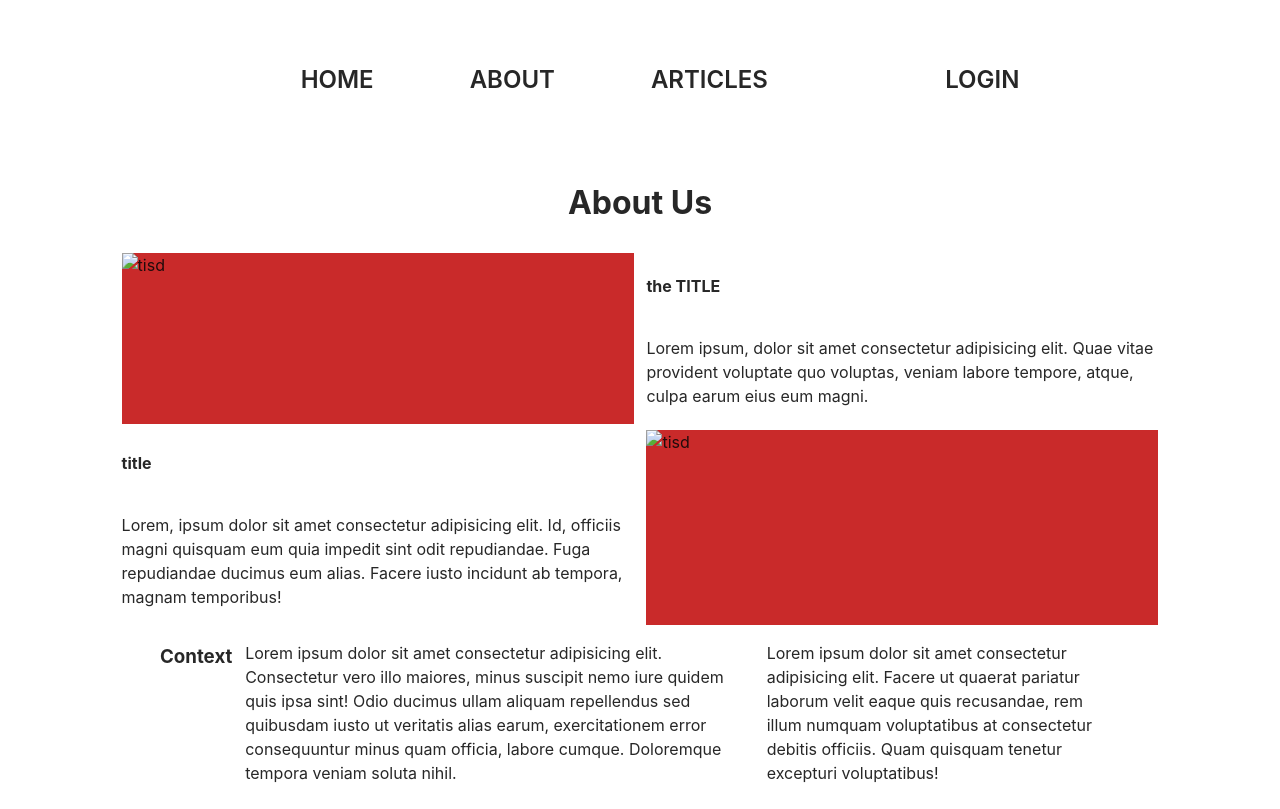
Repository: ValGrace/-static-site
Page: /about (app in client/)
The author's editor kept a copy of each file at every save. The page is drawn from the files as they stood at one save, then again after the next save.
The browser window is 1280 px wide. The pictures show the whole page.
The project was rebuilt for these pictures with package versions that can differ from the ones it lists, and the page was loaded fresh each time. Also part of the build but not shown: client/vite.config.js, client/src/Utils/appwrite.js, client/src/Components/Inputs.css, client/src/Components/Login.jsx, client/src/Components/Signup.jsx, client/src/Components/HomeSection.jsx, client/src/Components/TopSection.jsx, client/src/Pages/HomePage.jsx.

Above is the page before, as saved 2023-02-07 14:14:37.

### client/src/main.jsx
import React from 'react'
import ReactDOM from 'react-dom/client'
import App from './App'
import './index.css'
import { BrowserRouter } from 'react-router-dom'
ReactDOM.createRoot(document.getElementById('root')).render(
  <React.StrictMode>
    <BrowserRouter>
    <App />
    </BrowserRouter>
  </React.StrictMode>,
)

### client/src/App.jsx
import PageRouter from './Routing/PageRouter'
import './App.css'

function App() {


  return (
    <div className="App">
      <PageRouter />
    </div>
  )
}

export default App

### client/src/index.css
:root {
  font-family: Inter, system-ui, Avenir, Helvetica, Arial, sans-serif;
  line-height: 1.5;
  font-weight: 400;

  color-scheme: light dark;
  color: rgba(7, 7, 7, 0.87);
  background-color: #ffffff;

  font-synthesis: none;
  text-rendering: optimizeLegibility;
  -webkit-font-smoothing: antialiased;
  -moz-osx-font-smoothing: grayscale;
  -webkit-text-size-adjust: 100%;
}

/* a {
  font-weight: 500;
  color: #646cff;
  text-decoration: inherit;
}
a:hover {
  color: #535bf2;
}

body {
  margin: 0;
  display: flex;
  place-items: center;
  min-width: 320px;
  min-height: 100vh;
}

h1 {
  font-size: 3.2em;
  line-height: 1.1;
}

button {
  border-radius: 8px;
  border: 1px solid transparent;
  padding: 0.6em 1.2em;
  font-size: 1em;
  font-weight: 500;
  font-family: inherit;
  background-color: #1a1a1a;
  cursor: pointer;
  transition: border-color 0.25s;
}
button:hover {
  border-color: #646cff;
}
button:focus,
button:focus-visible {
  outline: 4px auto -webkit-focus-ring-color;
}

@media (prefers-color-scheme: light) {
  :root {
    color: #213547;
    background-color: #ffffff;
  }
  a:hover {
    color: #747bff;
  }
  button {
    background-color: #f9f9f9;
  }
} */

### client/src/Routing/PageRouter.jsx
import Dashboard from "../Pages/Dashboard";
import HomePage from "../Pages/HomePage";
import { Routes, Route} from "react-router-dom"
import AboutPage from "../Pages/aboutPage";
const PageRouter = () => {
    return (
        <Routes>
            <Route path="/" element={<Dashboard />} />
            <Route path="/home" element={<HomePage />} />
            <Route path="/about" element={<AboutPage />} />

        </Routes>
    )
}

export default PageRouter

### client/src/App.css
.App {
  display: flex;
  flex-direction: column;
  justify-content: center;
  align-items: center;
}

### client/src/Pages/Dashboard.jsx
import React, { useReducer} from 'react'
import Login from '../Components/Login'
import Signup from '../Components/Signup'
import "../Components/Inputs.css"
const initialState = {page : <Login />}
function reducer(state, action) {
    switch(action.type) {
        case 'loginpage':
          return { page: <Login />}
        case 'signuppage':
            return { page: <Signup />}
        default:
            return { page: <h2>Loading....</h2>}
    }
}
const Dashboard = () => {
    const [state, dispatch] = useReducer(reducer, initialState)
    return (
        <div className='dashboard'>
         <h2>Static Site Generator</h2>
         <div>Static site Image</div>
         <div className='dash' id='dash'>
            <div className='toggleForms'>
                <button onClick={() => dispatch({type: 'loginpage'})} className="type-btn">Login</button>
                <button onClick={() => dispatch({type: 'signuppage'})} className="type-btn">Signup</button>
                </div>
            <React.Fragment>{state.page}</React.Fragment>

            <button id="auth-btns">Login with Github account</button>
            <button id="auth-btns">Login with Google account</button>
         </div>
       </div>
    )
}

export default Dashboard

### client/src/Pages/aboutPage.jsx
import Navbar from "../Components/Navbar"
import "../Components/InfoPage.css"
const AboutPage = () => {
   return (
    <>
    <Navbar />
    <h2 id="about-page">about us</h2>
    <div className="about-mid">
        <div className="about-info">
        <div className="abt-img">
            <img src="" alt="tisd" />
            </div>
            <div className="abt-pg">
            <h4>the TITLE</h4>
            <p>Lorem ipsum, dolor sit amet consectetur adipisicing elit. Quae vitae provident voluptate quo voluptas, veniam labore tempore, atque, culpa earum eius eum magni.</p>
            </div>
        </div>
        <div className="about-info" id="abt-info">
            <div className="abt-img">
                <img src="" alt="tisd" />
                </div>
            <div className="abt-pg">
            <h4>title</h4>
            <p>Lorem, ipsum dolor sit amet consectetur adipisicing elit. Id, officiis magni quisquam eum quia impedit sint odit repudiandae. Fuga repudiandae ducimus eum alias. Facere iusto incidunt ab tempora, magnam temporibus!</p>
            </div>
        </div>

    </div>
    <div className="abt-context" id="context">
        <h3>Context</h3>

            <p>Lorem ipsum dolor sit amet consectetur adipisicing elit. Consectetur vero illo maiores, minus suscipit nemo iure quidem quis ipsa sint! Odio ducimus ullam aliquam repellendus sed quibusdam iusto ut veritatis alias earum, exercitationem error consequuntur minus quam officia, labore cumque. Doloremque tempora veniam soluta nihil.</p>
            <p>Lorem ipsum dolor sit amet consectetur adipisicing elit. Facere ut quaerat pariatur laborum velit eaque quis recusandae, rem illum numquam voluptatibus at consectetur debitis officiis. Quam quisquam tenetur excepturi voluptatibus!</p>


    </div>
    </>
   )
}

export default AboutPage

### client/src/Components/Navbar.jsx
import "./Navbar.css"
const Navbar = () => {
    return (
        <nav>
            <ul>
                <li>home</li>
                <li>about</li>
                <li>articles</li>
            </ul>
            <ul>
                <li>Login</li>
            </ul>
        </nav>
    )
}

export default Navbar

### client/src/Components/InfoPage.css
#about-page {
    font-size:2rem;
    text-transform: capitalize;

    width: 80vw;

    text-align: center;
}

.about-mid {
   display: flex;
   gap: 0.4rem;
   flex-wrap: wrap;
   flex-direction: column;
}

.about-info, .abt-context {
    /* width: 25vw; */
    display: flex;
    flex-direction: column;

}
#context {
    width: 75vw;
}

.abt-img {
    background-color: rgb(201, 42, 42);
    width: 75vw;

}

@media screen and (min-width: 670px) {
    #abt-info {
        flex-direction: row-reverse;
    }
    .about-info, .abt-context {
        flex-direction: row;
        justify-content: center;
        gap: 0.8em;

    }
    .abt-pg {
        display: flex;
        flex-direction: column;
        width: 40vw;
    }
    .abt-img {
        width: 40vw;
    }

}

### client/src/Components/Navbar.css
nav {
    width: 70vw;
    height: 20vh;
    display: flex;
}

nav > ul{
  display: flex;
  flex-direction: row;
  text-transform: uppercase;
  list-style-type: none;
  justify-content: center;
  align-items: center;
  gap: 4em;
  font-weight: 600;
  font-size: 1.5rem;
  flex-grow: 1;
}

#top-text {
    width: 80vw;
}

#top-text > h2 {
    font-size: 4.5rem;
    text-transform: capitalize;
    margin: 0;
    /* float: left; */
}

#top-text > p {
    float: right;

}

.head-section {
    display: flex;
    width: 80vw;
    gap: 0.5em;
    flex-wrap: wrap;
}

.head-img {
    background-color: rgb(1, 51, 51);
    width: 50%;
    border-radius: 0.9em;
    height: 30vh;
}

.side-section {
    display: flex;
    flex-direction: row;
    gap: 0.3rem;
    width: 40%;
}

.side-img {
    background-color: black;
    width: 5rem;
    height: 4rem;
    border-radius: 50%;
}

.side-blogs > h4, .side-blogs > p {
    margin: 0;
}

.site-descr {
    width: 80vw;
    background-color: rgba(1, 1, 12, 0.979);
    color: rgba(255, 255, 255, 0.767);
    border-radius: 9px;
    margin-top: 0.9rem;
    display: flex;
    /* gap: 0.4rem; */
    padding: 0.4rem;
    height: 25vh;
    margin-bottom: 3em;
}

.site-descr > p {
    width: 75%;
}
.site-sep {
    width: 0.1rem;
    height: 90%;
    background-color: azure;
    margin-right: 0.7rem;
}


.value-section {
   width: 80vw;
    display: flex;
    gap: 0.3rem;
    flex-wrap: wrap;
}

.single-value {
    border: 0.9px solid rgba(0, 0, 0, 0.87);
    padding: 0.8em;
    width: 20rem;
}

Loaded but not shown: client/index.html (common file)

After the next save:
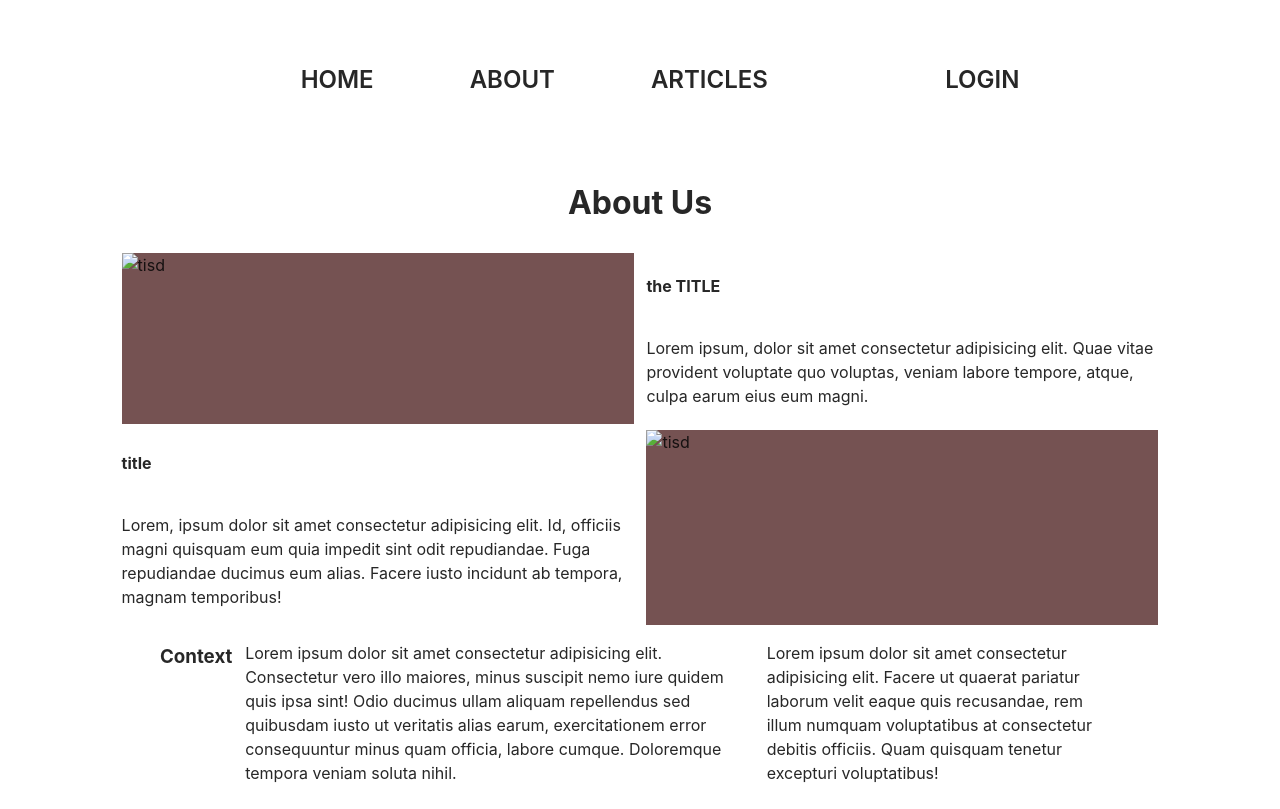
Saved 8 s later.
--- a/client/src/Components/InfoPage.css
+++ b/client/src/Components/InfoPage.css
@@ -25,7 +25,7 @@
 }
 
 .abt-img {
-    background-color: rgb(201, 42, 42);
+    background-color: rgba(54, 4, 4, 0.685);
     width: 75vw;
 
 }
